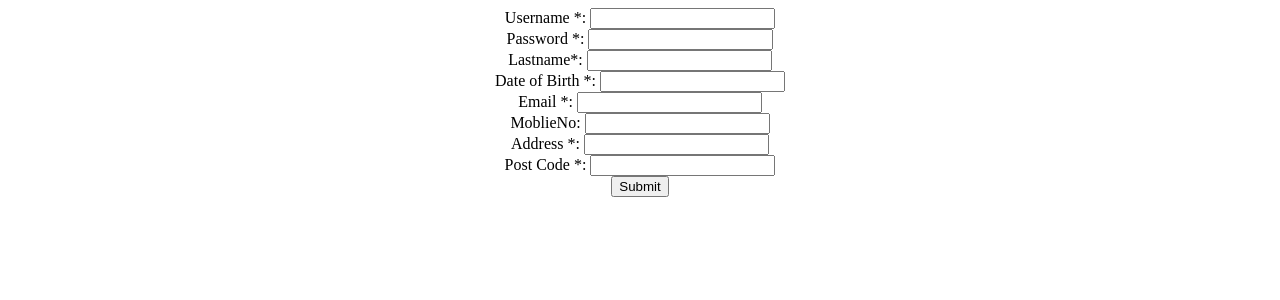
Repository: Ashwini-Tikotekar/servlets
Page: LoginRegistrationApp/WebContent/registration.html
An editor plug-in stored every save of this project. The page is shown before and after the next save, followed by the edit.
The browser window is 1280 px wide. The pictures show the whole page.

Above is the page before, as saved 2019-01-22 07:10:06.

After the next save:
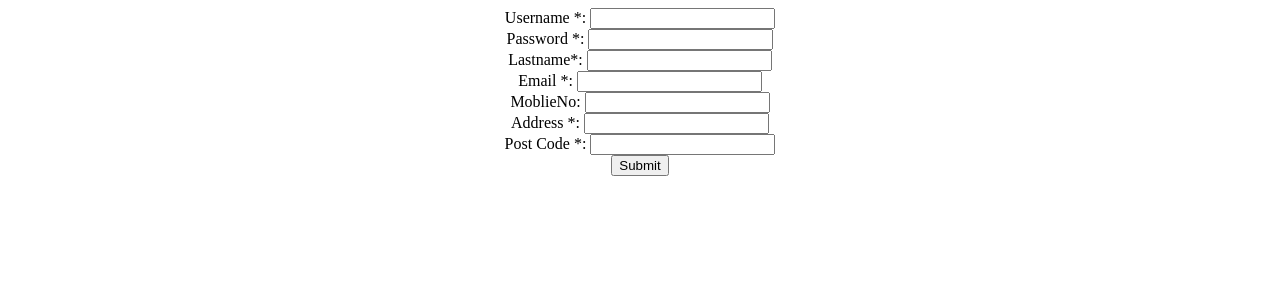
Saved 3 min 45 s later.
--- a/LoginRegistrationApp/WebContent/registration.html
+++ b/LoginRegistrationApp/WebContent/registration.html
@@ -10,7 +10,6 @@
 			Username *: <input type="username" name="username" /><br />
 			Password *: <input type="password" name="pwd" /><br />
 			Lastname*: <input type="lastname" name="lname" /><br />
-		    Date of Birth *: <input type="date of birth" name="dob" /><br />
 			Email *: <input type="email" name="email" /><br />
 			MoblieNo: <input type="mobileno" name="mob" /><br />
 			Address *: <input type="address" name="add" /><br />
